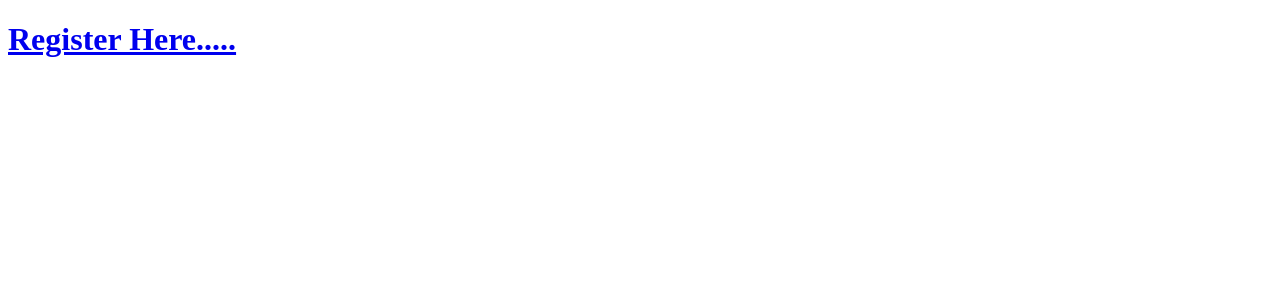
Repository: Tirth1415/JAVA
Page: http://localhost/AdvanceJAVA/Register.jsp
An editor plug-in stored every save of this project. The page is shown before and after the next save, followed by the edit.
The browser window is 1280 px wide. The pictures show the whole page.
The page is served by Tomcat 9.

Above is the page before, as saved 2023-02-16 13:00:14.

After the next save:
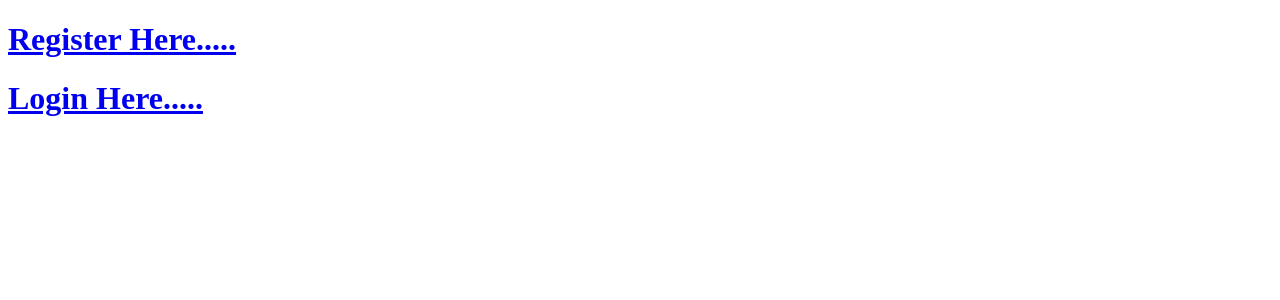
Saved 36 s later.
--- a/AdvanceJAVA/src/main/webapp/Register.jsp
+++ b/AdvanceJAVA/src/main/webapp/Register.jsp
@@ -8,5 +8,6 @@
 </head>
 <body>
 <h1><a href="Register.jsp">Register Here.....</a></h1>
+<h1><a href="Login.jsp">Login Here.....</a></h1>
 </body>
 </html>
